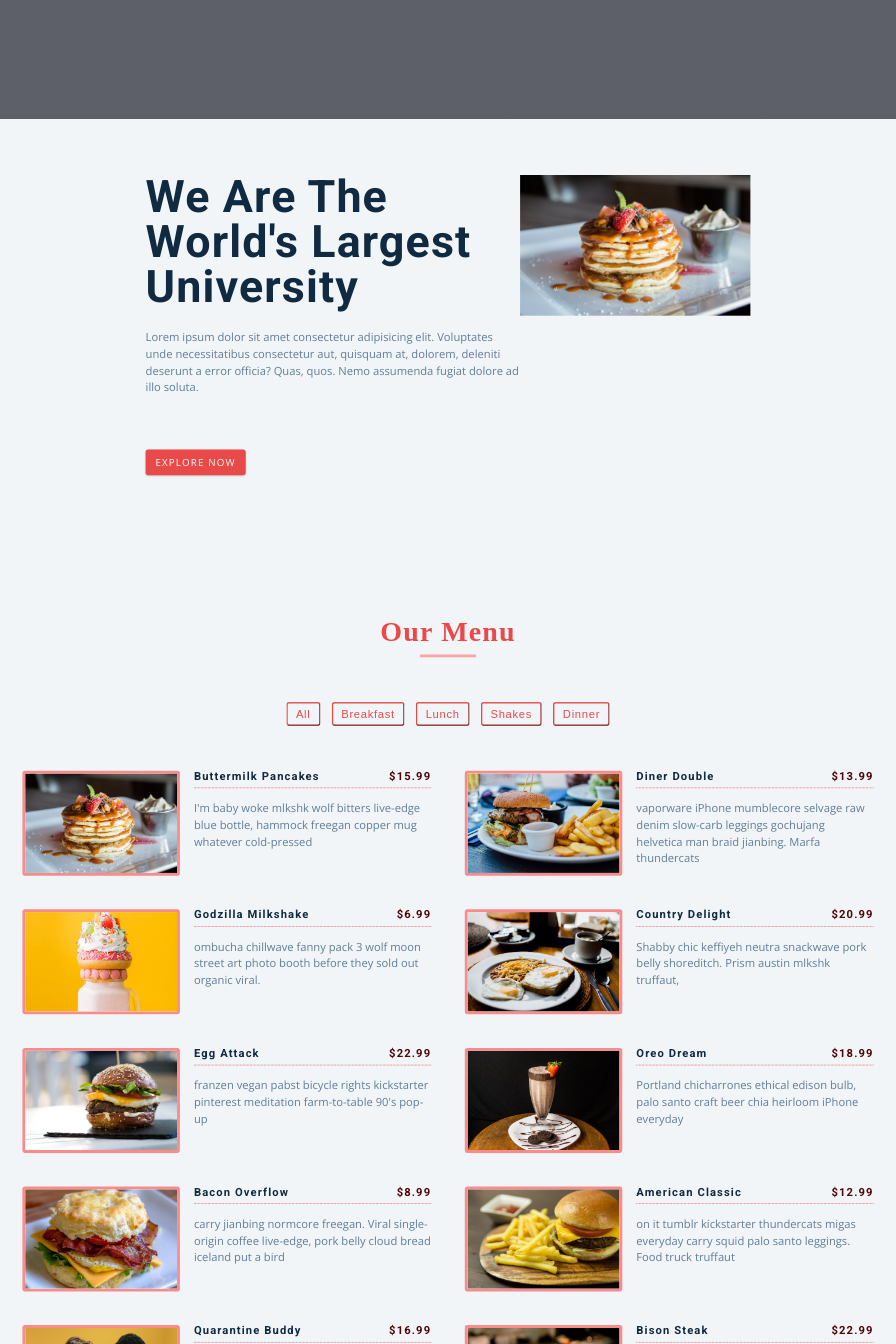
Repository: xoshiraghavx/Food-you
Page: index.html
The author's editor kept a copy of each file at every save. The page is drawn from the files as they stood at one save, then again after a run of saves.
The browser window is 1280 px wide. The pictures show the part of the page from y = 550 to 2470 px (the page is 3394 px tall before and 3306 px after), at 70% of full size.
Pictures or frames that could not be fetched are drawn as grey boxes. Some web libraries are served in a nearby version.

Above is the page before, as saved 2022-12-03 09:18:48.

After the next 2 saves:
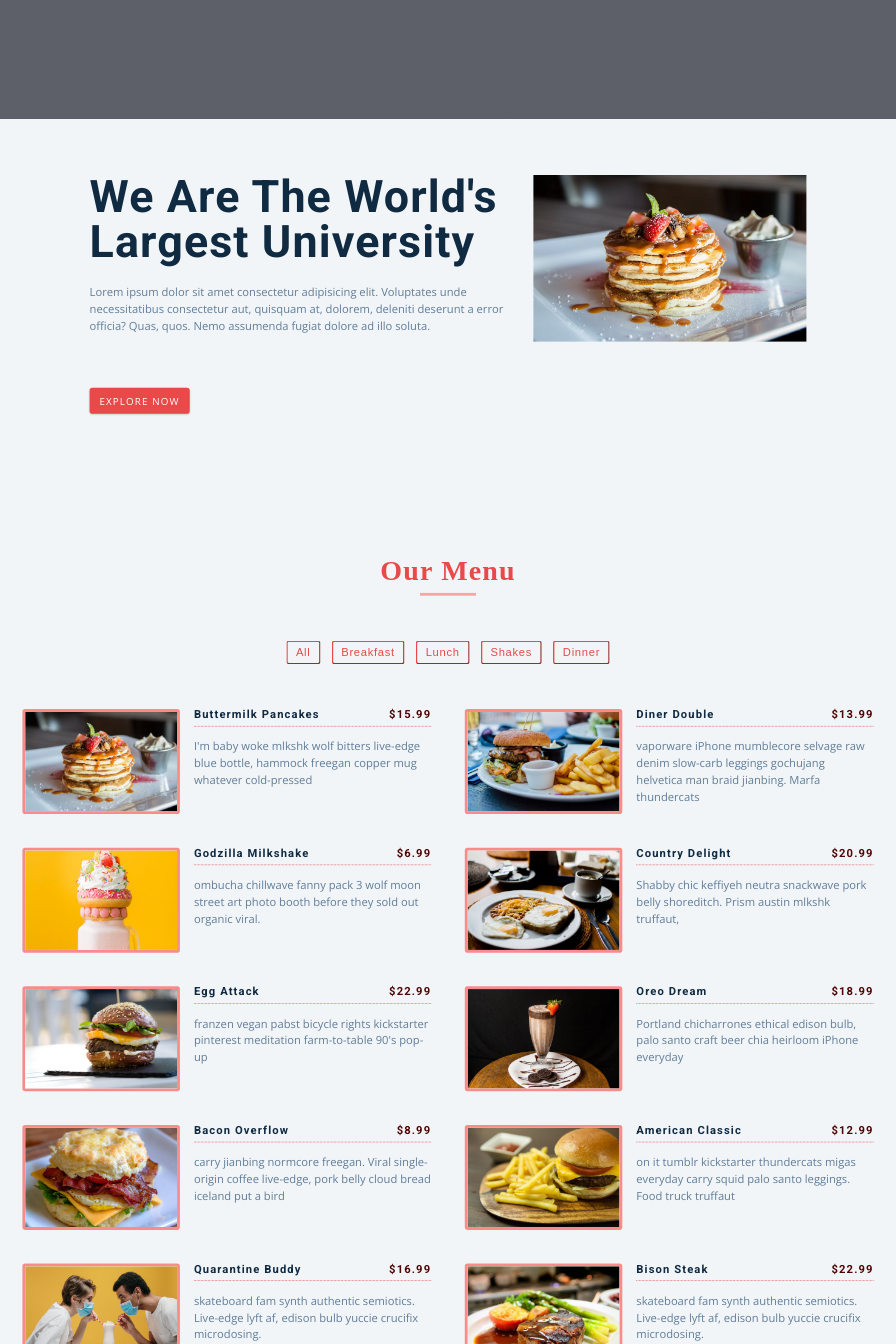
The 2 saves are shown as one change because they came seconds apart.
The last was saved 9 s later.
--- a/styles.css
+++ b/styles.css
@@ -542,7 +542,7 @@ Questions
 .about-us{
   width: 80%;
   margin: auto;
-  padding: 5rem;
+  padding: 5rem 0;
 }
 .about-col img{
   width: 100%;
